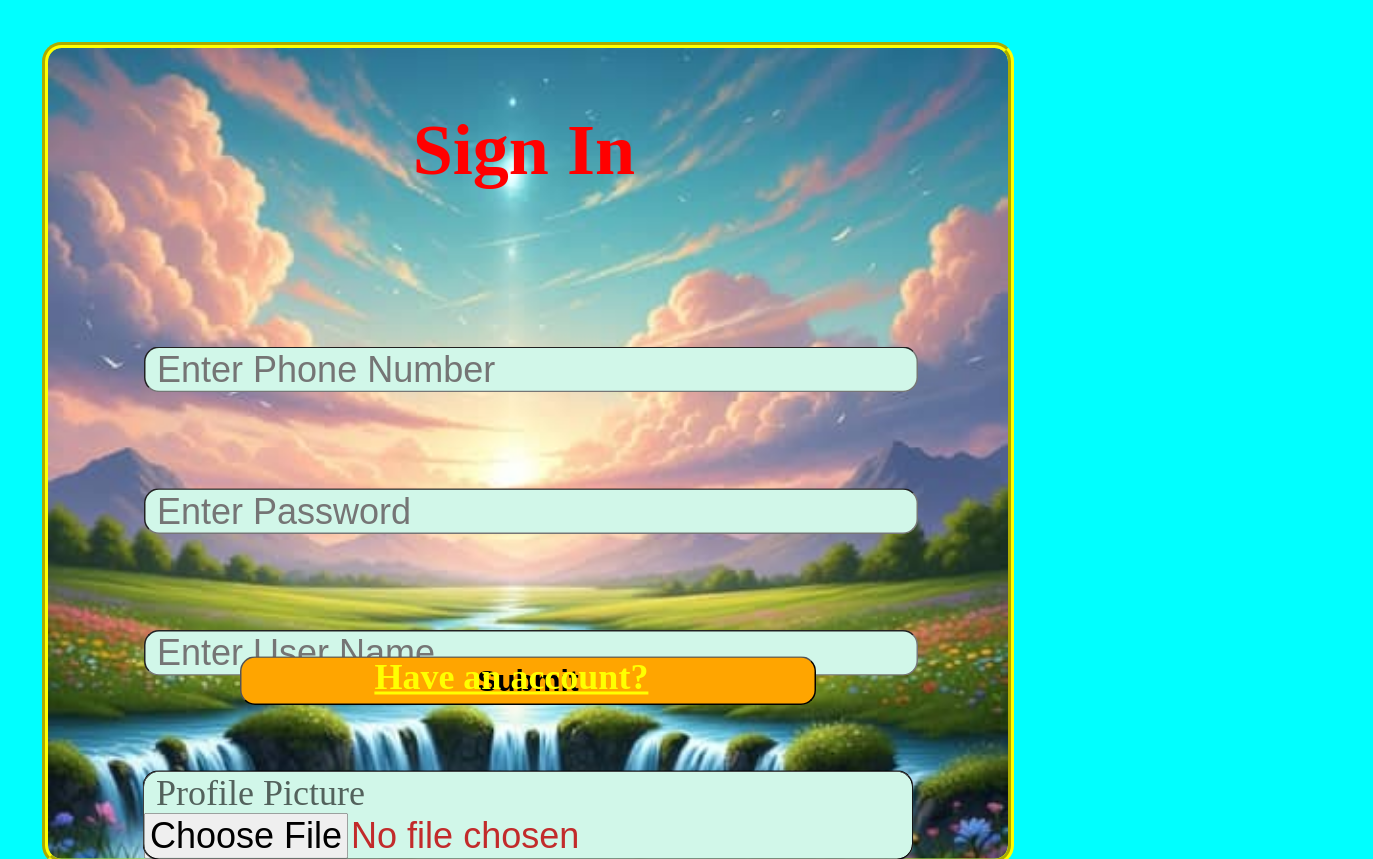
Repository: Amani-Kibet/express-app-web
Page: pages/signup/signIn.html
These files come from the project's save history. The page is drawn as it stood at one moment and after the next save; the edit follows.
The browser window is 1280 px wide. The page is 1830 px wide, so the pictures cover 1830 px, including what lies to the right of the window. The pictures show the whole page, at 75% of full size.

Above is the page before, as saved 2025-09-28 18:07:19.

### pages/signup/signIn.html
<!DOCTYPE html>
<head>
  <meta name="viewport" content="width= device-width, initial-scale=1.0"/>
  <title> Login Page</title>
  <style>
    body{
      background-color: cyan;
    }
  #board{
    background: url(/pictures/p1.png);
    background-size: cover;
    width: 100vw;
    height: auto;
    border-radius: 18px;
    outline: 8px groove yellow;
    position: absolute;
    top: 4rem;
    left: 4rem;
  }
  h2{
    color: red;
    position: relative;
    left: 38%;
    font-size: 6rem
  }
  .inputs{
    width: 80%;
    height: 6%;
    position: relative;
    left: 10%;
    margin-top: 10%;
    border-radius: 20px;
    color: blue;
    font-size: 3em;
    background-color: rgb(209, 247, 233);
  }
  #picC{
    display: flex;
    flex-direction: column;
    height: 14%;
    gap: 10%;
    height: 8%;
    outline: 2px groove black;
    color: rgb(194, 43, 43);
  }
  #picI{
    font-size: 1em;
  }
  #picT{
    font-size: 1em;
    opacity: 0.6;
    font-style: normal;
    position: relative;
    left: 1rem;
    color: black;
  }
  #submit{
    background: orange;
    position: absolute;
    width: 60%;
    height: 6%;
    top: 75%;
    left: 20%;
    border-radius: 20px;
    font-size: 2.5em;
    font-weight: bold;
  }
  #msg{
    background: lightblue;
    width: 70%;
    height: 50%;
    border-radius: 10px;
    position: absolute;
    bottom: 30%;
    left: 15%;
    outline: 4px groove yellow;
    display: none;
  }
  .prog{
    border-radius: 100%;
    position: absolute;
    top: 4%;
    left: 4%;
    outline: 20px groove yellow;
    font-size: 8em;
  }
  #prog2{
      transform: rotateY(90deg)
  }
  #progC{
    transform-style: preserve-3d;
    animation: spin 4s ease-in-out infinite;
  }
  #msgT{
    position: relative;
    top: 36%;
    left: 10%;
    color: blue;
    font-weight: bold;
    font-size: 4em;
    width: 80%;
    height: 20%;
  }
  #loginT{
    position: relative;
    top: 20%;
    left: 12%;
    color: rgb(255, 60, 0);
    font-weight: 500;
    font-size: 5em;
    width: 80%;
    height: 25%;
  }
  .links{
    position: absolute;
    font-weight: 800;
    font-size: 3em;
    color: yellow;
    top: 75%;
    left: 34%
  }
  @keyframes spin{
    0%{transform: rotateY(0deg) rotateX(0deg) translateX(0px)}
    50%{transform: rotateY(360deg) rotateX(60deg) translateX(50px)}
    100%{transform: rotateY(0deg) rotateX(0deg) translateX(0px)}
  }
  </style>
</head>
<body>
  <div id="board">
    <h2>Sign In</h2>
    <input type="number" class="inputs" id="phoneI" placeholder=" Enter Phone Number">
    <input type="password" class="inputs" id="passI" placeholder=" Enter Password">
    <input type="text" class="inputs" id="nameI" placeholder=" Enter User Name">
    <div id="picC" class="inputs">
      <i id="picT">Profile Picture</i>
    <input id="picI" type="file" name="image">
    </div>
  <button id="submit" onclick="f1()">Submit</button>
  <a class="links" id="link1" href="/pages/signup/logIn.html">Have an account?</a>
    <div id="msg">
      <div id="progC">
        <div id="prog1" class="prog">🔴</div>
      <div id="prog2" class="prog">🟢</div>
      </div>
      <p id="loginT">Please wait...</p>
      <h3 id="msgT">No text returned</h3>
    </div>
  </div>
</body>
<script>
  let bt1= document.getElementById("submit")
  let msgT= document.getElementById("msgT")
  let msg= document.getElementById("msg")

function f1(){
  let phoneI= document.getElementById("phoneI").value;
  let passI= document.getElementById("passI").value;
  let nameI= document.getElementById("nameI").value;
  let picI= document.getElementById("picI").files[0];

  let folder= new FormData()
  folder.append("image", picI)
  folder.append("json", JSON.stringify({phone: `${phoneI}`, pass: `${passI}`, name: `${nameI}`}))


  fetch("/path1", {
    method: "POST",
    body: folder
  })
  .then(type=> type.text())
  .then(data=> {
  msg.style.display="block";
  msgT.innerHTML=`${phoneI} ${data}`
  setTimeout(()=>{
  msg.style.display="none";
  window.location.href="/pages/signup/login.html"
}, 8000);
})

  fetch("/path2", {
    method: "POST",
    body: env
  });

}
</script>
</html>

After the next save:
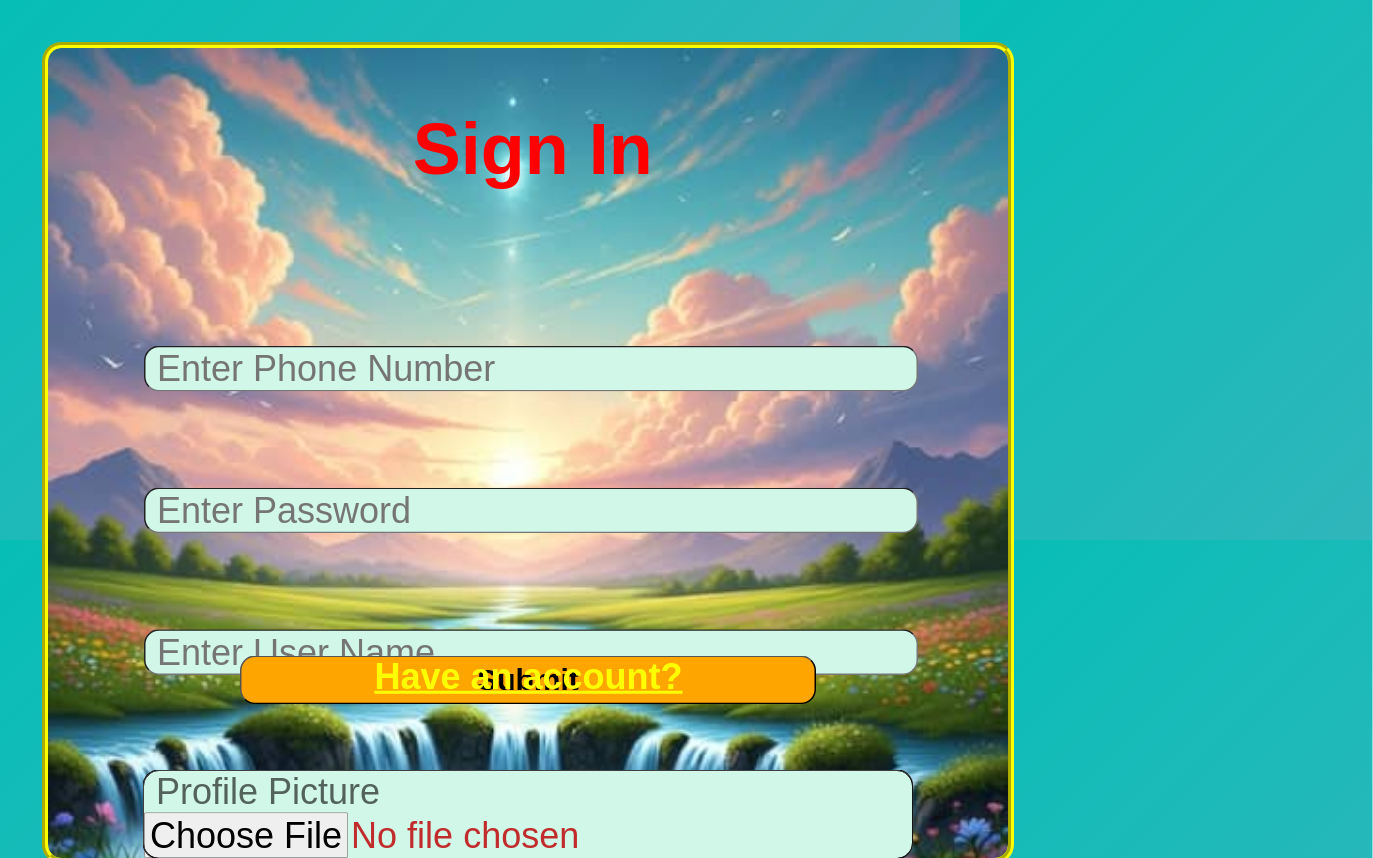
Saved 42 s later.
--- a/pages/signup/signIn.html
+++ b/pages/signup/signIn.html
@@ -4,7 +4,14 @@
   <title> Login Page</title>
   <style>
     body{
-      background-color: cyan;
+      margin: 0;
+    padding: 0;
+    font-family: "Poppins", sans-serif;
+    background: linear-gradient(135deg, #06beb6, #48b1bf);
+    display: flex;
+    justify-content: center;
+    align-items: center;
+    min-height: 100vh;
     }
   #board{
     background: url(/pictures/p1.png);

After the save that followed:
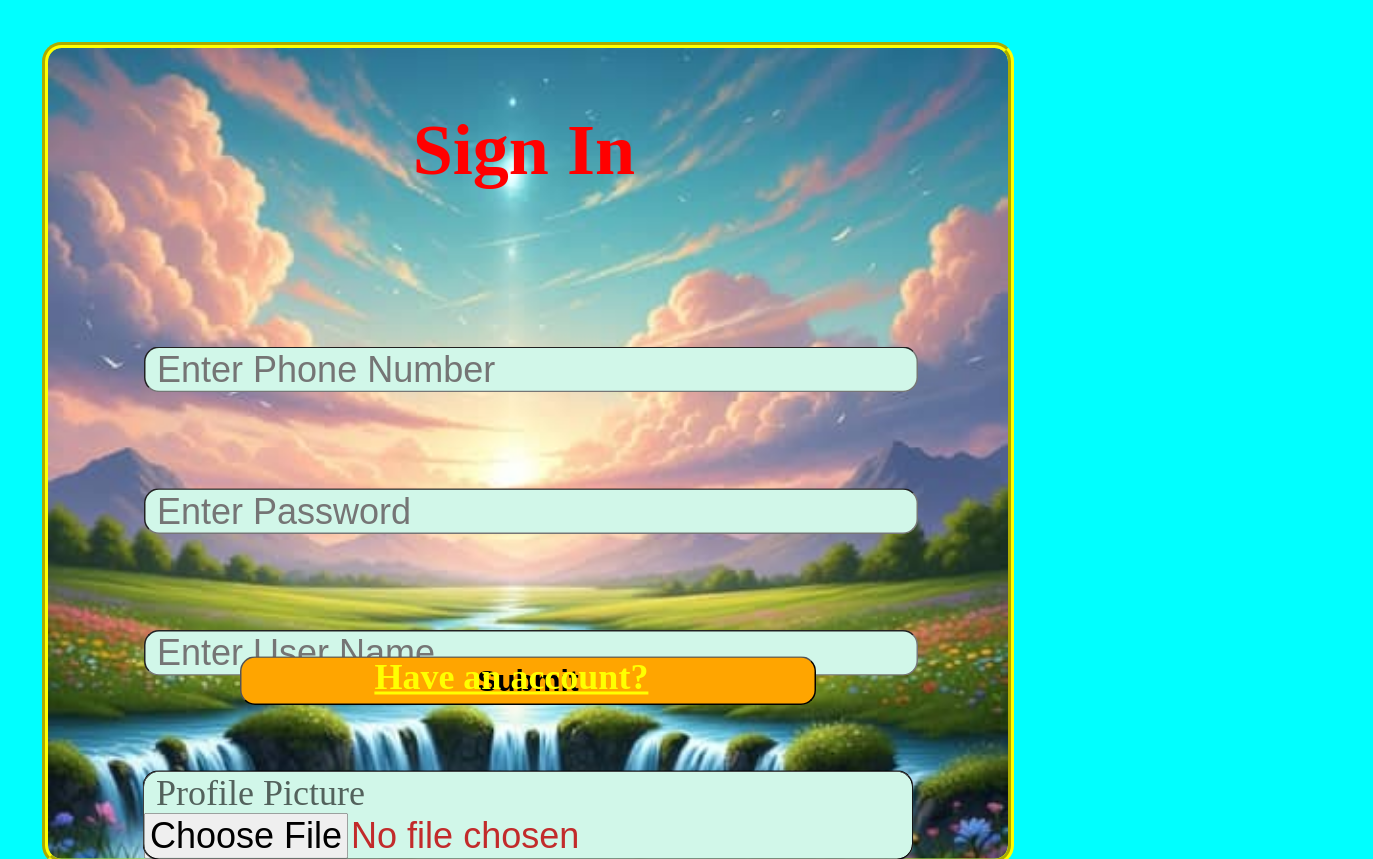
Saved 17 s later.
--- a/pages/signup/signIn.html
+++ b/pages/signup/signIn.html
@@ -4,14 +4,7 @@
   <title> Login Page</title>
   <style>
     body{
-      margin: 0;
-    padding: 0;
-    font-family: "Poppins", sans-serif;
-    background: linear-gradient(135deg, #06beb6, #48b1bf);
-    display: flex;
-    justify-content: center;
-    align-items: center;
-    min-height: 100vh;
+      background-color: cyan;
     }
   #board{
     background: url(/pictures/p1.png);
